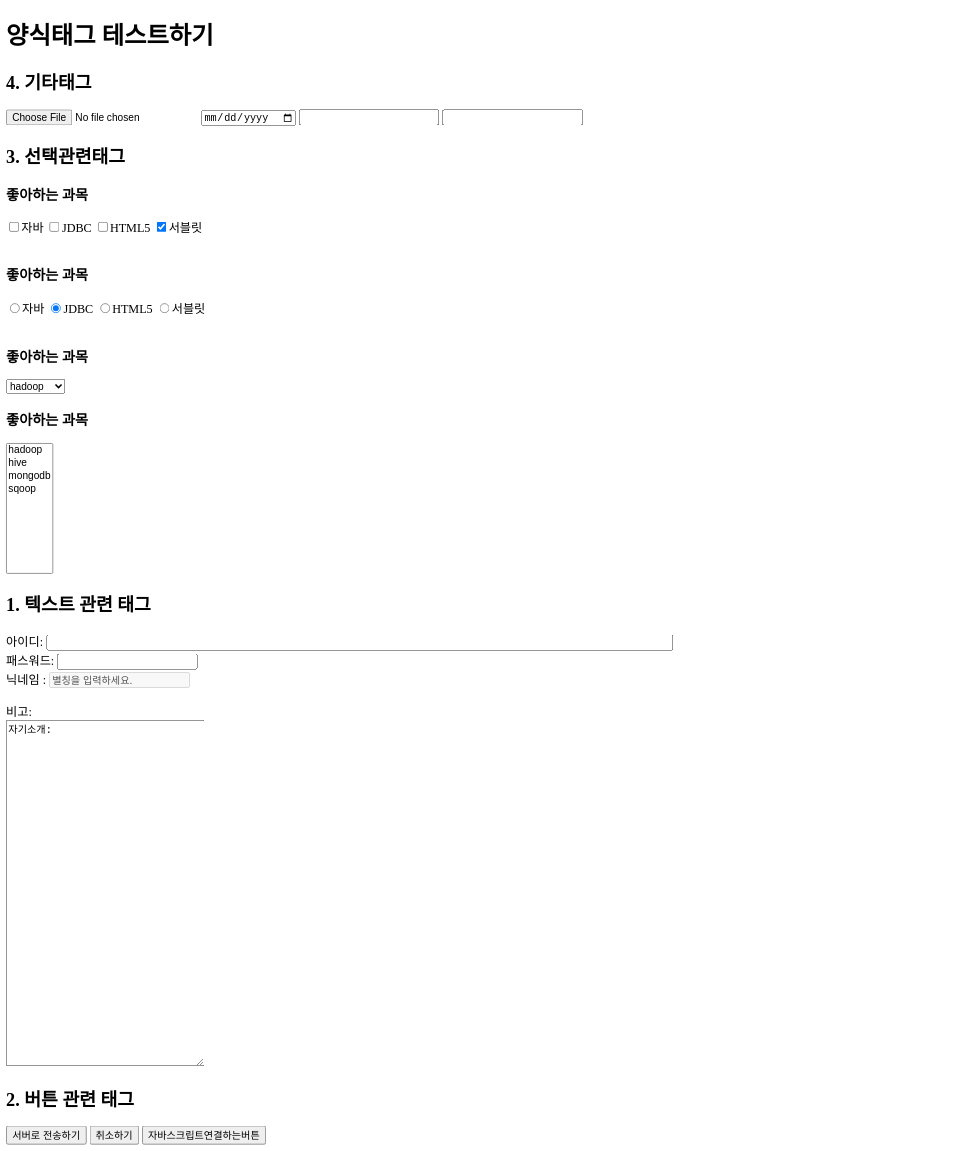
Repository: snowcuphea/webwork_class
Page: clientweb/WebContent/html/formTest.html
These files come from the project's save history. The page is drawn as it stood at one moment and after the next save; the edit follows.
The browser window is 1280 px wide. The pictures show the whole page, at 76% of full size.

Above is the page before, as saved 2020-01-02 07:51:43.

After the next save:
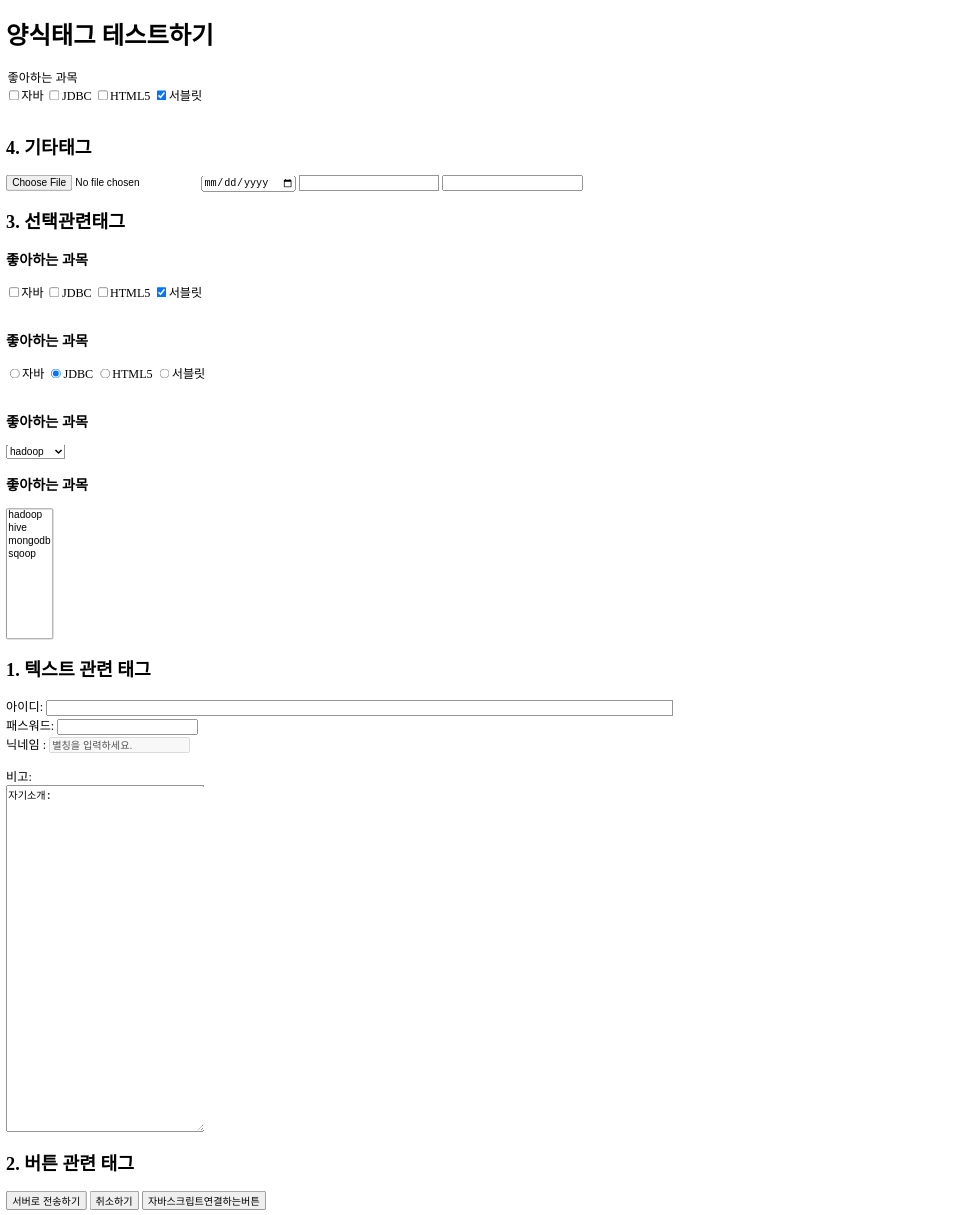
Saved 16 min 45 s later.
--- a/clientweb/WebContent/html/formTest.html
+++ b/clientweb/WebContent/html/formTest.html
@@ -7,6 +7,13 @@
 <body>
 	<h1>양식태그 테스트하기</h1>
 	<form action ="/clientweb/member/login.jsp" method ="post">
+
+	<legend> 좋아하는 과목 </legend>
+		<input type="checkbox" name="subject1" value="자바">자바
+		<input type="checkbox" name="subject1" value="JDBC">JDBC
+		<input type="checkbox" name="subject1" value="HTML5">HTML5
+		<input type="checkbox" name="subject1" value="서블릿" checked ="checked">서블릿
+		<br/><br/>
 
 	<h2>4. 기타태그</h2>
 	<input type="file" name="photo" value ="파일선택">
